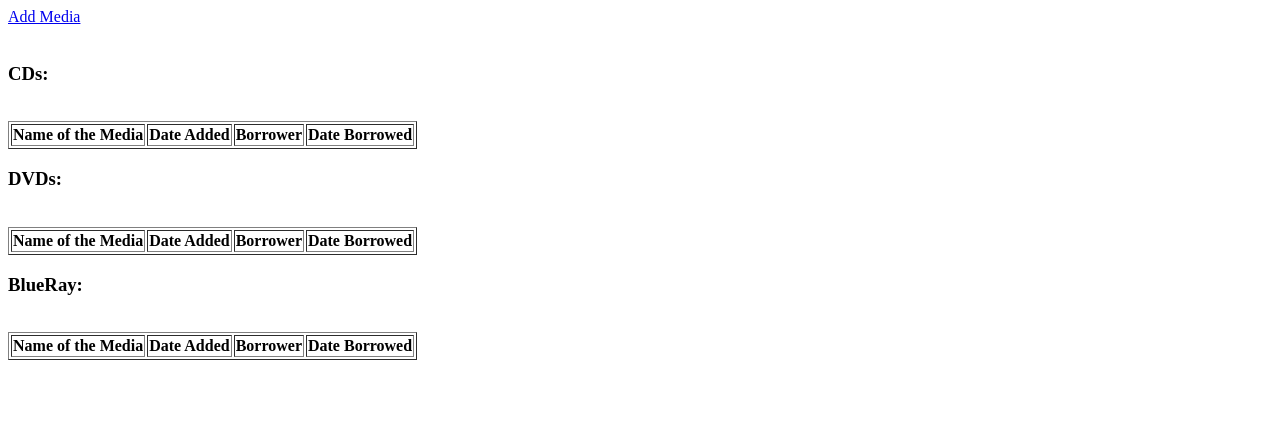
Repository: sjayach/CS320
Page: http://localhost/Practise/DisplayMedia
These files come from the project's save history. The page is drawn as it stood at one moment and after the next save; the edit follows.
The browser window is 1280 px wide. The pictures show the whole page.
The page is served by Tomcat 9. Other server files are loaded and not shown. Queries for data that is not in the repository find no rows.

Above is the page before, as saved 2015-06-11 19:44:09.

### Practise/WebContent/WEB-INF/MediaDisplay.jsp
<%@ page language="java" contentType="text/html; charset=ISO-8859-1"
    pageEncoding="ISO-8859-1"%>
    <%@ taglib prefix="c" uri="http://java.sun.com/jsp/jstl/core" %>
<!DOCTYPE html PUBLIC "-//W3C//DTD HTML 4.01 Transitional//EN" "http://www.w3.org/TR/html4/loose.dtd">
<html>
<head>
<meta http-equiv="Content-Type" content="text/html; charset=ISO-8859-1">
<title>Insert title here</title>
</head>
<body>

<a href ="AddMedia">Add Media</a><br /><br />
<h3>CDs:</h3><br />
<table border="1">
	<tr>
		<th>Name of the Media</th>
		<th>Date Added</th>
		<th>Borrower</th>
		<th>Date Borrowed</th>
	</tr>
	<c:forEach items="${ medialist}" var="media">
		<c:if test="${media.types == 'CD' }">
		<tr>

			<td>${media.namemedia}</td>
			<td>${media.addDate}</td>
			<c:choose>
				<c:when test="${not empty media.borrowed}">
					<td>${media.borrowed}<br/><a href ="DisplayMedia?return=${media.id}">Return</a></td>

					<td>${media.lentdate }
				</c:when>
				<c:otherwise>
					<td><a href ="LendPage?id=${media.id}">Lend</a></td>
					<td></td>
				</c:otherwise>
			</c:choose>
		</tr>
	</c:if>
	</c:forEach>

</table>





<h3>DVDs:</h3><br />
<table border="1">
	<tr>
		<th>Name of the Media</th>
		<th>Date Added</th>
		<th>Borrower</th>
		<th>Date Borrowed</th>
	</tr>
	<c:forEach items="${ medialist}" var="media">
		<c:if test="${media.types == 'DVD' }">
		<tr>

			<td>${media.namemedia}</td>
			<td>${media.addDate}</td>
			<c:choose>
				<c:when test="${not empty media.borrowed}">
					<td>${media.borrowed}<br/><a href ="DisplayMedia?return=${media.id}">Return</a></td>
					<td>${media.lentdate }
				</c:when>
				<c:otherwise>
					<td><a href ="LendPage?id=${media.id}">Lend</a></td>
					<td></td>
				</c:otherwise>
			</c:choose>
		</tr>
	</c:if>
	</c:forEach>

</table>



<h3>BlueRay:</h3><br />
<table border="1">
	<tr>
		<th>Name of the Media</th>
		<th>Date Added</th>
		<th>Borrower</th>
		<th>Date Borrowed</th>
	</tr>
	<c:forEach items="${ medialist}" var="media">
		<c:if test="${media.types == 'BlueRay' }">
		<tr>

			<td>${media.namemedia}</td>
			<td>${media.addDate}</td>
			<c:choose>
				<c:when test="${not empty media.borrowed}">
					<td>${media.borrowed}<br/><a href ="DisplayMedia?return=${media.id}">Return</a></td>
					<td>${media.lentdate }
				</c:when>
				<c:otherwise>
					<td><a href ="LendPage?id=${media.id}">Lend</a></td>
					<td></td>
				</c:otherwise>
			</c:choose>
		</tr>
	</c:if>
	</c:forEach>

</table>


</body>
</html>

### Practise/src/mediaStore/DisplayMedia.java
package mediaStore;

import java.io.IOException;
import java.sql.Connection;
import java.sql.Date;
import java.sql.Driver;
import java.sql.DriverManager;
import java.sql.ResultSet;
import java.sql.Statement;
import java.sql.Timestamp;
import java.util.ArrayList;
import java.util.List;

import javax.servlet.ServletContext;
import javax.servlet.ServletException;
import javax.servlet.annotation.WebServlet;
import javax.servlet.http.HttpServlet;
import javax.servlet.http.HttpServletRequest;
import javax.servlet.http.HttpServletResponse;

/**
 * Servlet implementation class DisplayMedia
 */
@WebServlet("/DisplayMedia")
public class DisplayMedia extends HttpServlet {
	private static final long serialVersionUID = 1L;

	protected void doGet(HttpServletRequest request, HttpServletResponse response) throws ServletException, IOException {

		ServletContext context = this.getServletContext();
		String host = "cs3.calstatela.edu";
		String port = "3306";
		String dbName = "cs320stu47";
		String username = "cs320stu47";
		String password = "..7qX4#g";

		String url = "jdbc:mysql://" + host + ":" + port + "/" + dbName;

		try{
			// Dynamically include the MySQL Driver
			Class.forName("org.gjt.mm.mysql.Driver").newInstance();

			// Instantiate the Driver
			Driver driver = new org.gjt.mm.mysql.Driver();

			// Connect to the Database
			Connection connection =
					DriverManager.getConnection(url, username, password);

			// Create a Statement
			Statement statement = connection.createStatement();

			if (request.getParameter("return") != null) {
				int id=Integer.parseInt(request.getParameter("return"));
				String query ="UPDATE Media SET isLoan=0,Borrowed=NULL,lentDate=NULL WHERE id="+id;
				statement.executeUpdate(query);
			}
			String query ="SELECT * FROM Media";
			List<MediaBean> mediaList = new ArrayList<MediaBean>();
			ResultSet rs = statement.executeQuery(query);
			while(rs.next()) {
				int id = rs.getInt("id");
				String type = rs.getString("type");
				String namemedia = rs.getString("nameMedia");
				Timestamp addDate = rs.getTimestamp("addDate");
				boolean isloan = rs.getBoolean("isLoan");
				String lentdate= rs.getString("lentDate");
				String borrowed = rs.getString("Borrowed");
				mediaList.add(new MediaBean(id, type,namemedia,addDate,isloan,lentdate,borrowed));
				System.out.println("type" +type + "Name" +namemedia+ "date" + addDate);
			}
			connection.close();
			request.setAttribute("medialist", mediaList);
			context.setAttribute("MediContext", mediaList);
			request.getRequestDispatcher("/WEB-INF/MediaDisplay.jsp").forward(request,response);
		} catch(Exception e) {}
	}


	protected void doPost(HttpServletRequest request, HttpServletResponse response) throws ServletException, IOException {

		doGet(request,response);
	}

}

After the next save:
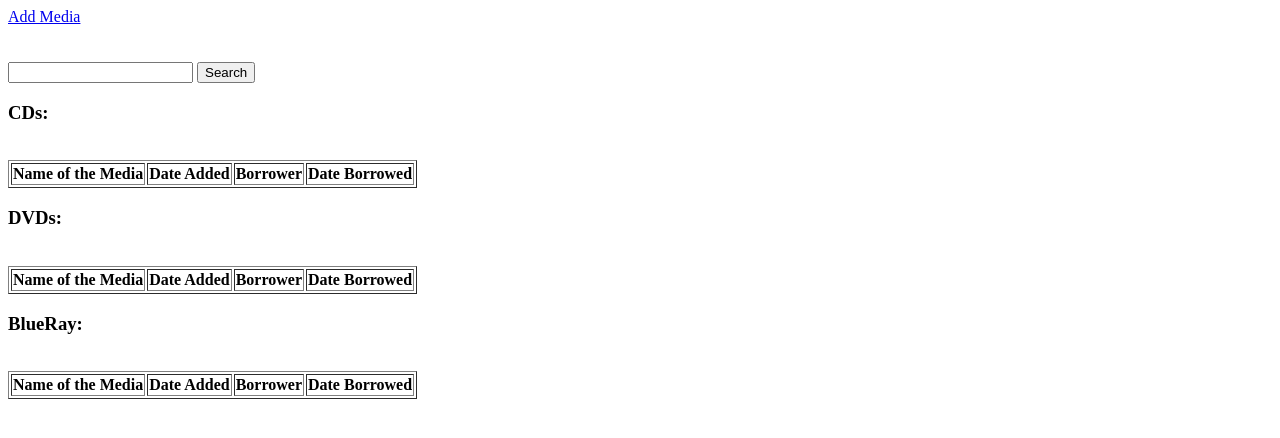
Saved 3 min 58 s later.
--- a/Practise/WebContent/WEB-INF/MediaDisplay.jsp
+++ b/Practise/WebContent/WEB-INF/MediaDisplay.jsp
@@ -10,6 +10,13 @@
 <body>
 
 <a href ="AddMedia">Add Media</a><br /><br />
+
+
+<br />
+<form action="DisplayMedia" method="get">
+<input type="text" name="search">
+<input type="submit" value="Search">
+</form>
 <h3>CDs:</h3><br />
 <table border="1">
 	<tr>
